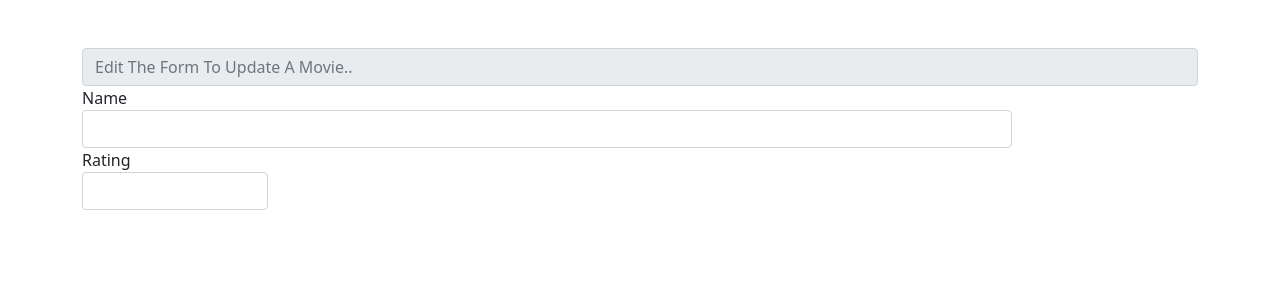
Repository: dilaraozdem1r/BooksApp
Page: /
An editor plug-in stored every save of this project. The page is shown before and after the next save, followed by the edit.
The browser window is 1280 px wide. The pictures show the whole page.
The project was rebuilt for these pictures with package versions that can differ from the ones it lists, and the page was loaded fresh each time.

Above is the page before, as saved 2021-08-04 18:08:09.

### public/index.html
<!DOCTYPE html>
<html lang="en">
  <head>
    <meta charset="utf-8" />
    <link rel="icon" href="%PUBLIC_URL%/favicon.ico" />
    <meta name="viewport" content="width=device-width, initial-scale=1" />
    <meta name="theme-color" content="#000000" />
    <meta
      name="description"
      content="Web site created using create-react-app"
    />
    <link rel="apple-touch-icon" href="%PUBLIC_URL%/logo192.png" />
    <!--
      manifest.json provides metadata used when your web app is installed on a
      user's mobile device or desktop. See https://developers.google.com/web/fundamentals/web-app-manifest/
    -->
    <link rel="manifest" href="%PUBLIC_URL%/manifest.json" />
    <!--
      Notice the use of %PUBLIC_URL% in the tags above.
      It will be replaced with the URL of the `public` folder during the build.
      Only files inside the `public` folder can be referenced from the HTML.

      Unlike "/favicon.ico" or "favicon.ico", "%PUBLIC_URL%/favicon.ico" will
      work correctly both with client-side routing and a non-root public URL.
      Learn how to configure a non-root public URL by running `npm run build`.
    -->
    <link href="https://cdn.jsdelivr.net/npm/bootstrap@5.0.2/dist/css/bootstrap.min.css" rel="stylesheet" integrity="sha384-EVSTQN3/azprG1Anm3QDgpJLIm9Nao0Yz1ztcQTwFspd3yD65VohhpuuCOmLASjC" crossorigin="anonymous">
    <title>Books App</title>
  </head>
  <body>
    <noscript>You need to enable JavaScript to run this app.</noscript>
    <div id="root"></div>
    <!--
      This HTML file is a template.
      If you open it directly in the browser, you will see an empty page.

      You can add webfonts, meta tags, or analytics to this file.
      The build step will place the bundled scripts into the <body> tag.

      To begin the development, run `npm start` or `yarn start`.
      To create a production bundle, use `npm run build` or `yarn build`.
    -->
    <script src="https://cdn.jsdelivr.net/npm/bootstrap@5.0.2/dist/js/bootstrap.bundle.min.js" integrity="sha384-MrcW6ZMFYlzcLA8Nl+NtUVF0sA7MsXsP1UyJoMp4YLEuNSfAP+JcXn/tWtIaxVXM" crossorigin="anonymous"></script>
  </body>
</html>

### src/index.js
import React from 'react'
import ReactDOM from 'react-dom'
import App from './Components/App'

ReactDOM.render(
    <App />,
    document.getElementById('root')

);

### src/Components/App.js
import React from 'react'
import User from './User'

class App extends React.Component {
    render(){
        return (
              <User/>

        )
    }
}
export default App;

### src/Components/User.js
import React from 'react';

class User extends React.Component{
    render(){
        return(
            <div className="container">
            <form className="mt-5" onSubmit={this.handleFormSubmit}>
            <input className="form-control" id="disabledInput" type="text" placeholder="Edit The Form To Update A Movie.." disabled/>
                <div className="form-row">
                    <div className="form-group col-md-10">
                        <label htmlFor="inputName">Name</label>
                        <input  type="text"
                                className="form-control"
                                name="name"
                               />
                    </div>
                    <div className="form-group col-md-2">
                        <label htmlFor="inputRating">Rating</label>
                        <input
                                type="text"
                                className="form-control"
                                name="rating"
                               />
                    </div>

            </div>
            </form>
            </div>

        )}

}
export default User;

After the next save:
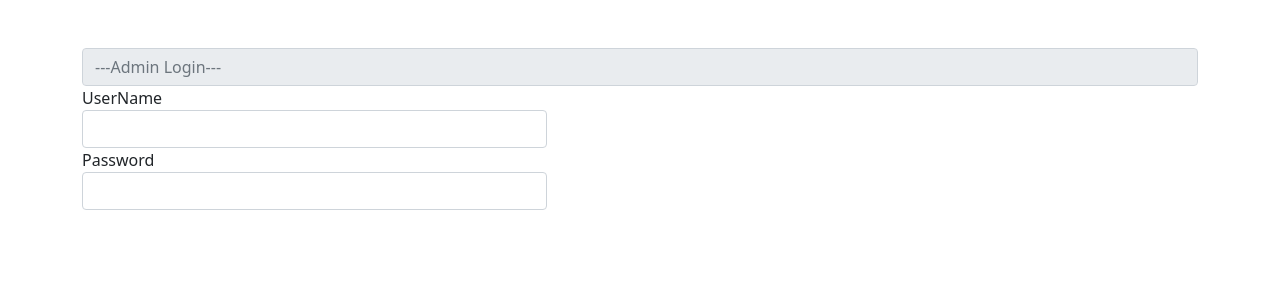
Saved 89 s later.
--- a/src/Components/User.js
+++ b/src/Components/User.js
@@ -5,19 +5,19 @@ class User extends React.Component{
         return(
             <div className="container">
             <form className="mt-5" onSubmit={this.handleFormSubmit}>
-            <input className="form-control" id="disabledInput" type="text" placeholder="Edit The Form To Update A Movie.." disabled/>
+            <input className="form-control" id="disabledInput" type="text" placeholder="---Admin Login---" disabled/>
                 <div className="form-row">
-                    <div className="form-group col-md-10">
-                        <label htmlFor="inputName">Name</label>
+                    <div className="form-group col-md-5">
+                        <label htmlFor="inputName">UserName</label>
                         <input  type="text"
                                 className="form-control"
                                 name="name"
                                />
                     </div>
-                    <div className="form-group col-md-2">
-                        <label htmlFor="inputRating">Rating</label>
+                    <div className="form-group col-md-5">
+                        <label htmlFor="inputRating">Password</label>
                         <input
-                                type="text"
+                                type="password"
                                 className="form-control"
                                 name="rating"
                                />
